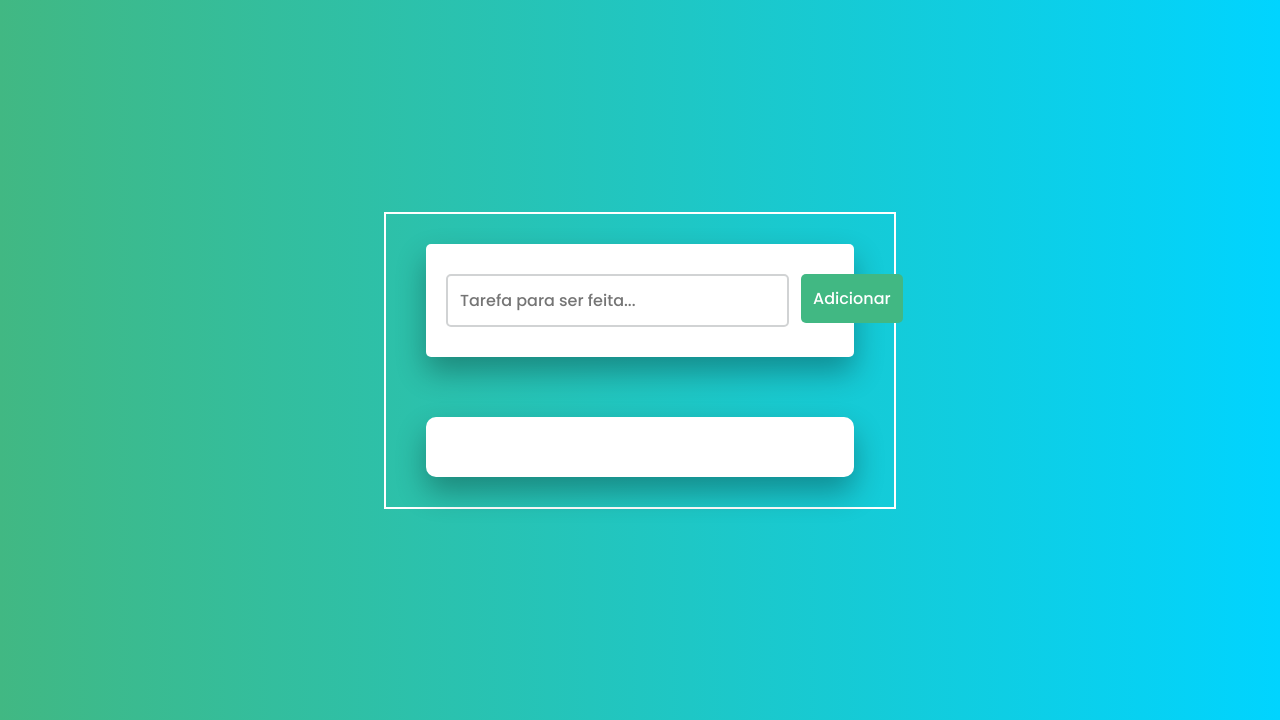
Repository: PetersonAntonyDev/python-flask-
Page: index.html
An editor plug-in stored every save of this project. The page is shown before and after the next save, followed by the edit.
The browser window is 1280 px wide. The pictures show the whole page.
Some web libraries are served in a nearby version.

Above is the page before, as saved 2022-07-26 13:47:53.

After the next save:
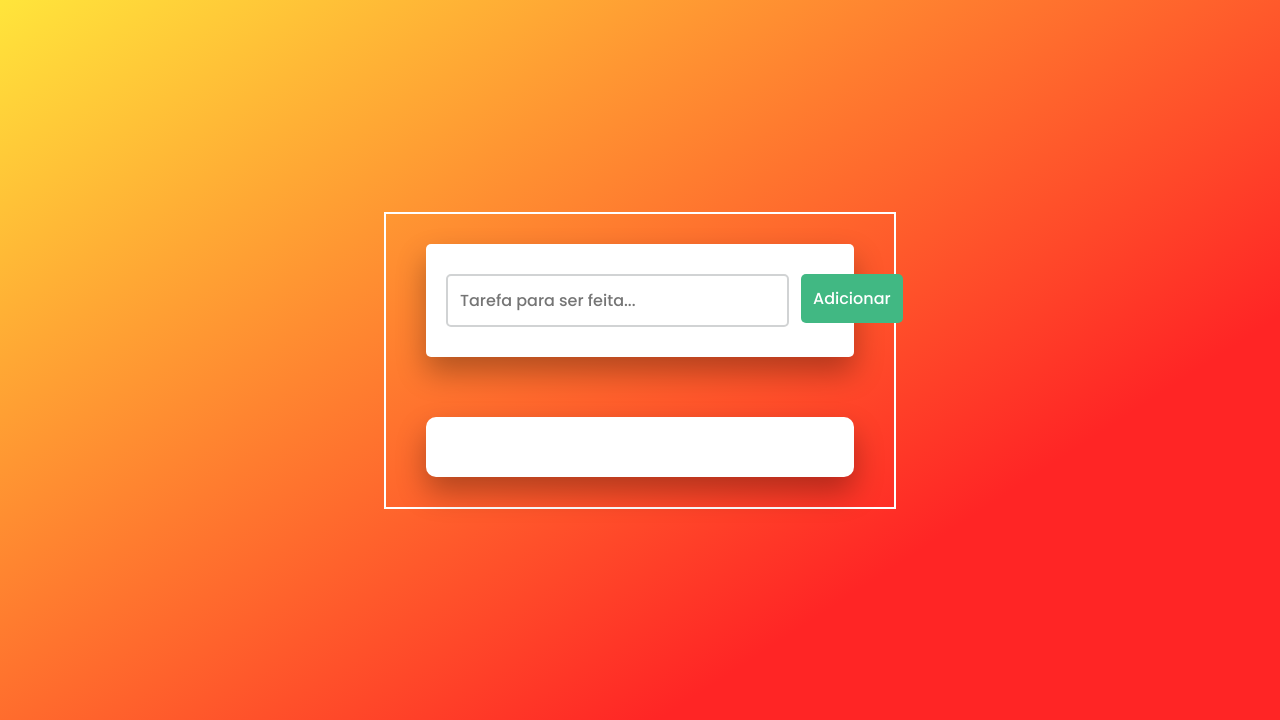
Saved 100 s later.
--- a/style.css
+++ b/style.css
@@ -3,48 +3,47 @@
     padding: 0;
     box-sizing: border-box;
     font-family: "Poppins", sans-serif;
-}
+  }
 
-body {
+  body {
     height: 100vh;
-    background: linear-gradient(90deg,
-            rgba(65, 184, 131, 1) 0%,
-            rgba(0, 212, 255, 1) 100%);
+    background-color: #FFE53B;
+    background-image: linear-gradient(147deg, #FFE53B 0%, #FF2525 74%);
     display: flex;
     align-items: center;
     justify-content: center;
-}
+  }
 
-.container {
+  .container {
     border: 2px solid #fff;
     padding: 30px 40px;
     width: 40%;
     min-width: 500px;
-}
+  }
 
-.new-task-container {
+  .new-task-container {
     background-color: #fff;
     padding: 30px 20px;
     border-radius: 5px;
     box-shadow: 0 15px 30px rgba(0, 0, 0, 0.3);
     display: flex;
-}
+  }
 
-.new-task-container input {
+  .new-task-container input {
     flex: 3;
     font-size: 1rem;
     border: 2px solid #d1d3d4;
     border-radius: 5px;
     padding: 12px;
     font-weight: 500;
-}
+  }
 
-.new-task-container input:focus {
+  .new-task-container input:focus {
     outline: none;
     border-color: #41b883;
-}
+  }
 
-.new-task-button {
+  .new-task-button {
     flex: 1;
     border-radius: 5px;
     font-weight: 500;
@@ -56,45 +55,45 @@ body {
     padding: 12px;
     margin-left: 12px;
     cursor: pointer;
-}
+  }
 
-.tasks-container {
+  .tasks-container {
     background-color: #fff;
     padding: 30px 20px;
     margin-top: 60px;
     border-radius: 10px;
     box-shadow: 0 15px 30px rgba(0, 0, 0, 0.3);
     width: 100%;
-}
+  }
 
-.task-item {
+  .task-item {
     display: flex;
     justify-content: space-between;
     align-items: center;
     margin-bottom: 6px;
     margin-top: 6px;
-}
+  }
 
-.task-item i {
+  .task-item i {
     background-color: #41b883;
     color: #fff;
     padding: 12px;
     border-radius: 5px;
-}
+  }
 
-.task-item i:hover {
+  .task-item i:hover {
     cursor: pointer;
-}
+  }
 
-/* Utilities */
-.error {
+  /* Utilities */
+  .error {
     border: 2px solid red !important;
-}
+  }
 
-.error::placeholder {
+  .error::placeholder {
     color: red;
-}
+  }
 
-.completed {
+  .completed {
     text-decoration: line-through;
-}
+  }
